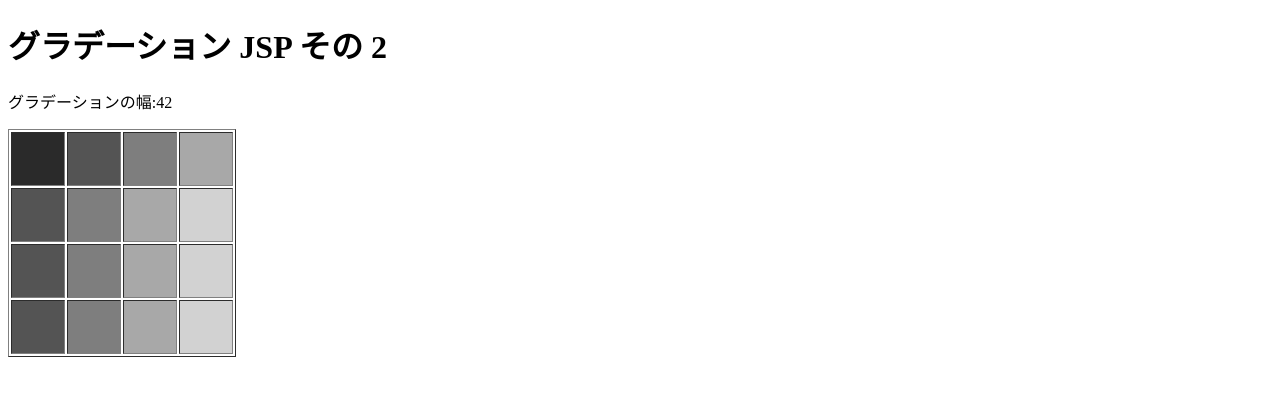
Repository: jh0612/2021_Azure_study
Page: http://localhost/Myproj2/grandientjsp2.jsp
The author's editor kept a copy of each file at every save. The page is drawn from the files as they stood at one save, then again after the next save.
The browser window is 1280 px wide. The pictures show the whole page.
The page is served by Tomcat 9.

Above is the page before, as saved 2021-12-02 08:19:05.

After the next save:
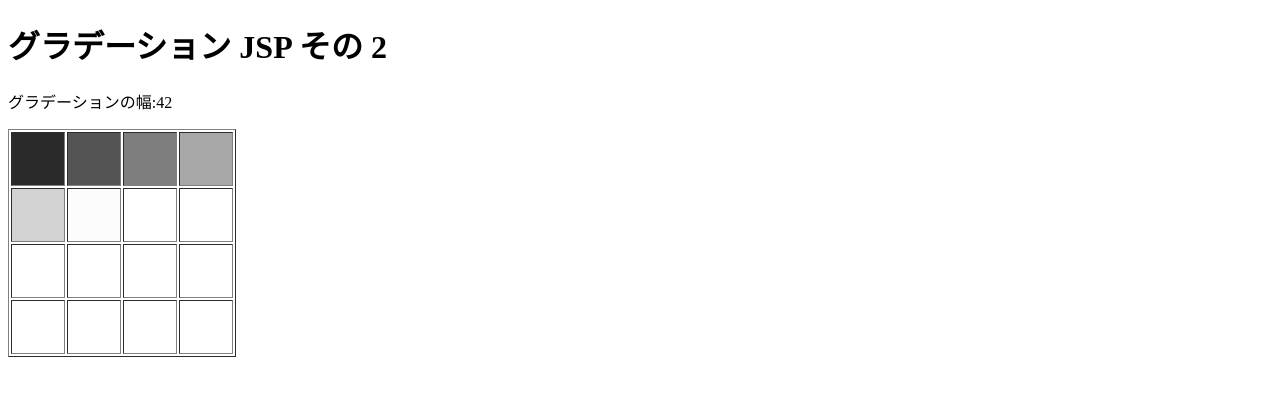
Saved 11 s later.
--- a/Demoforme/Myproj2/src/main/webapp/grandientjsp2.jsp
+++ b/Demoforme/Myproj2/src/main/webapp/grandientjsp2.jsp
@@ -23,8 +23,6 @@
 			out.println("<td style=\"height: 50px; width: 50px; background-color: #"
 			+ colorHTML + "\"><br></td>");
 		}
-		color = 0;
-		color += 42;
 		out.println("</tr>");
 	}
 %>
